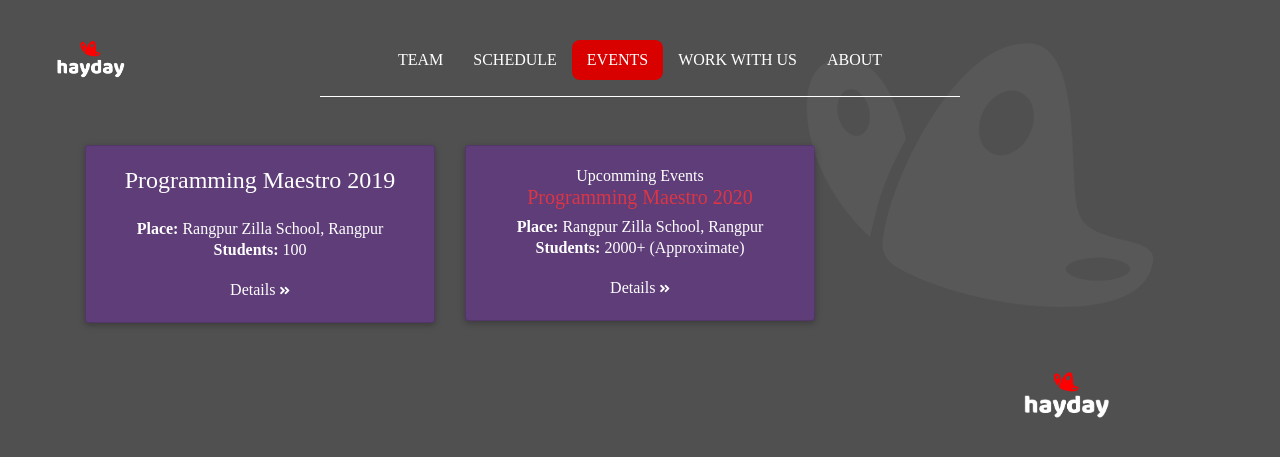
Repository: im1971/company-web
Page: event.html
These files come from the project's save history. The page is drawn as it stood at one moment and after the next save; the edit follows.
The browser window is 1280 px wide. The pictures show the whole page.
Some web fonts or font styles are not loaded; a fallback is used.

Above is the page before, as saved 2020-02-08 11:05:15.

After the next save:
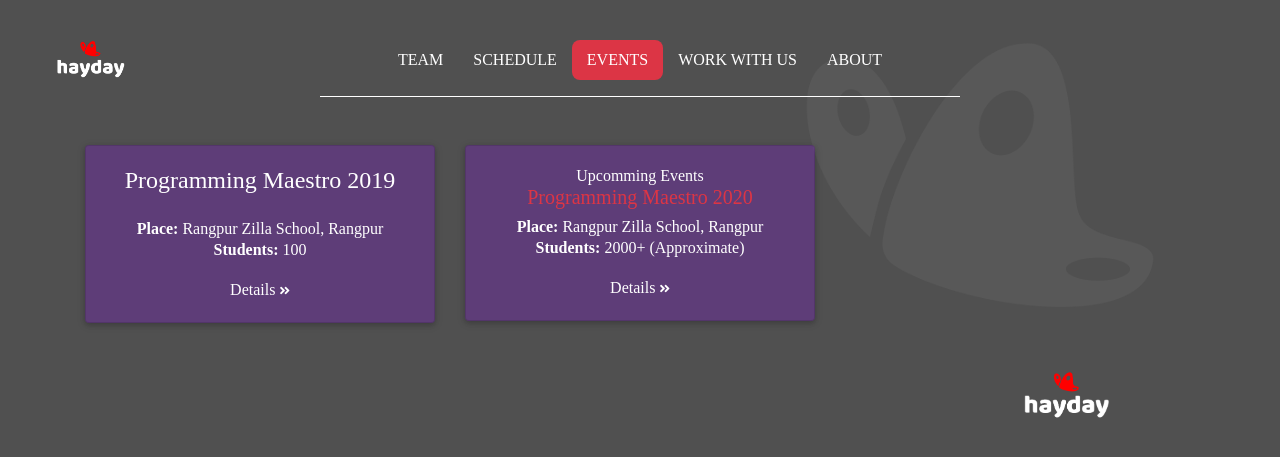
Saved 32 s later.
--- a/css/style.css
+++ b/css/style.css
@@ -29,7 +29,7 @@ html {
 }
 
 .active {
-    background-color: #d90000;
+    background-color: #dc3545;
     border-radius: 8px;
 }
 
